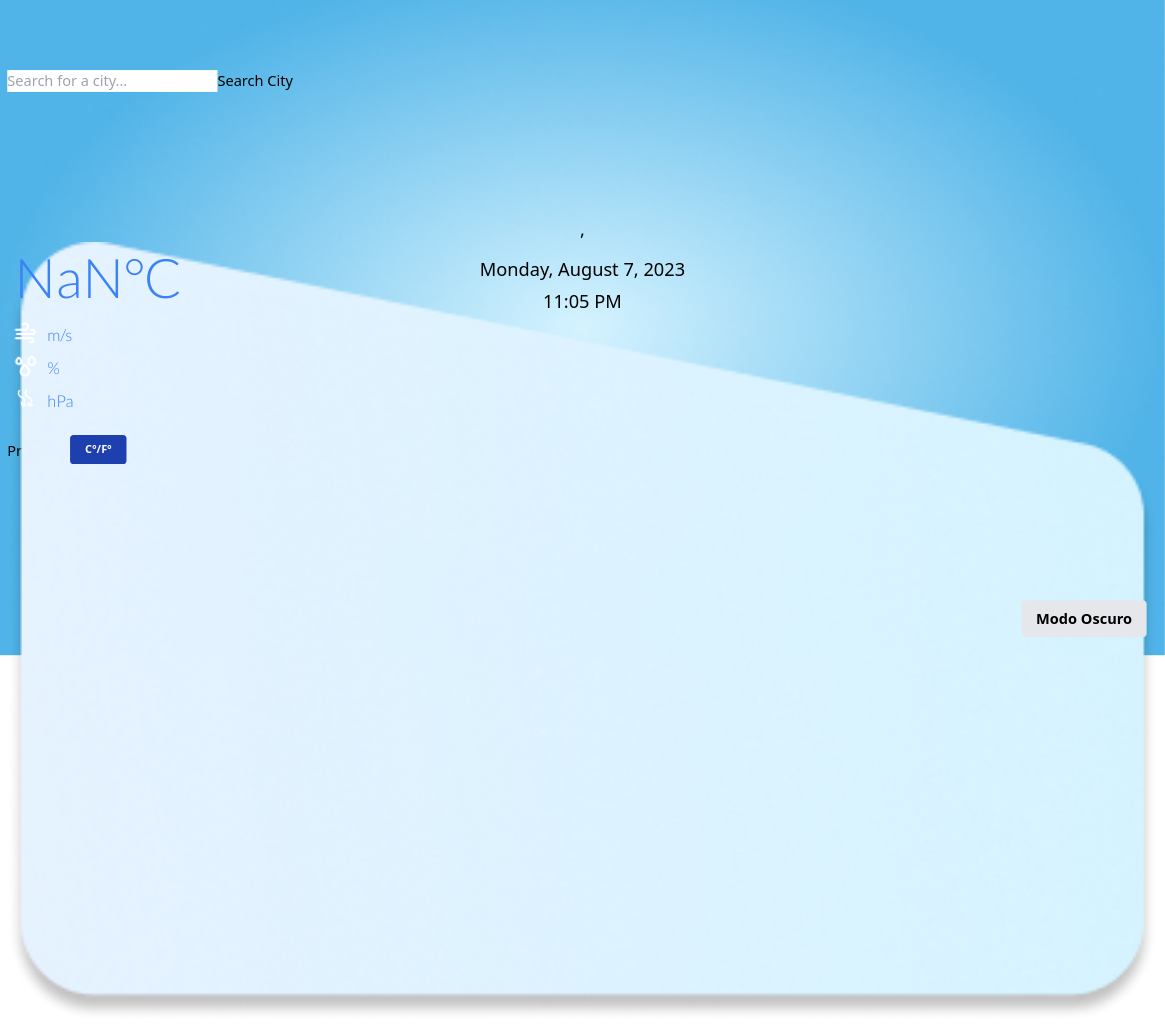
Repository: LukasMoyano/WeatherApp-_-LukasMoyano-_-V-_4.0_6.6.6
Page: /
An editor plug-in stored every save of this project. The page is shown before and after the next save, followed by the edit.
The browser window is 1280 px wide. The pictures show the whole page, at 91% of full size.
The page's requests for data from a server got no answer. The project was rebuilt for these pictures with package versions that can differ from the ones it lists, and the page was loaded fresh each time. No one was signed in, and anything a server would have sent is missing. Also part of the build but not shown: vite.config.js.

Above is the page before, as saved 2023-08-08 00:50:35.

After the next save:
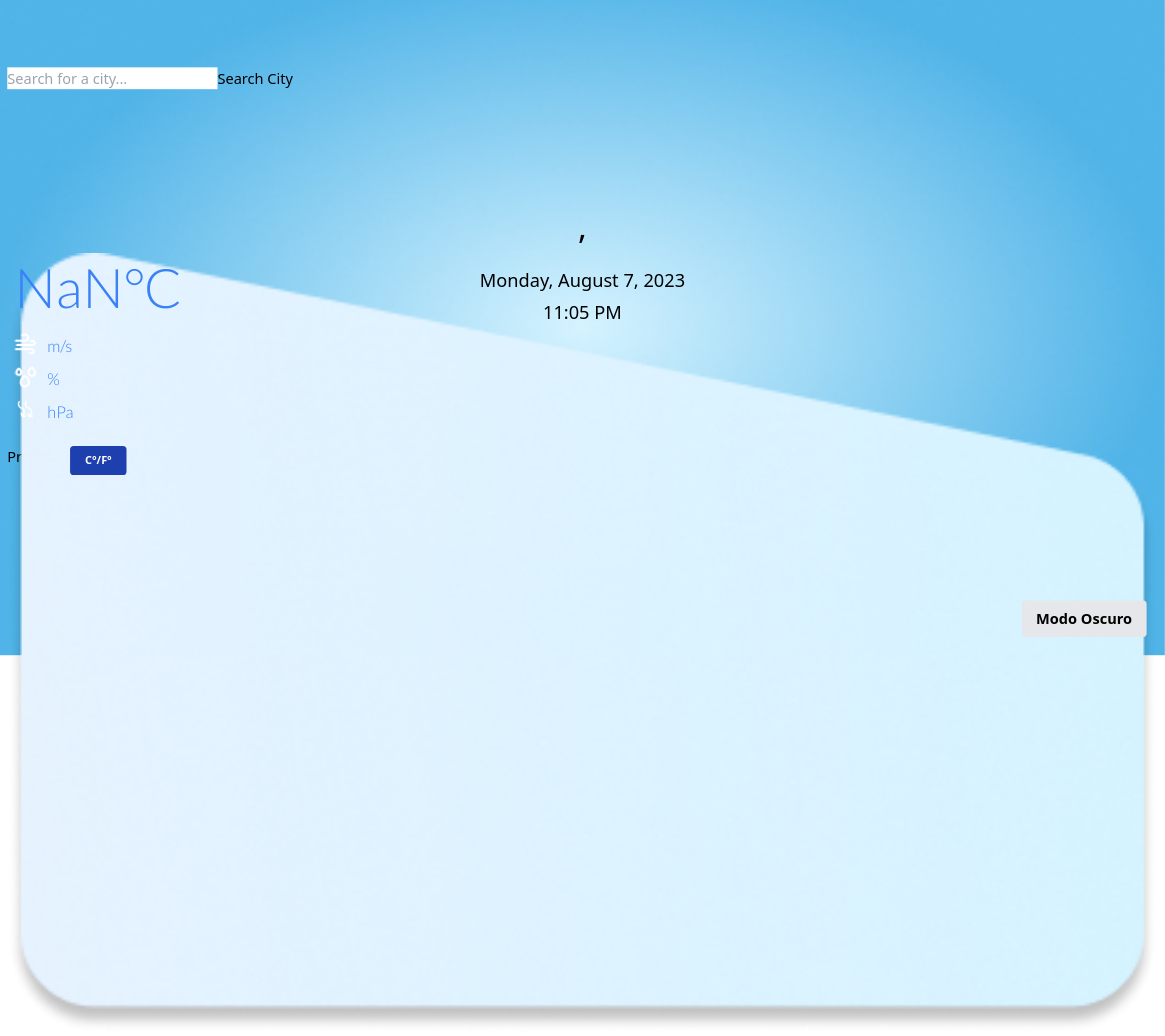
Saved 36 s later.
--- a/src/components/Weather.jsx
+++ b/src/components/Weather.jsx
@@ -64,7 +64,7 @@ const Weather = ({ weatherInfo, isDarkMode }) => {
 
             {/* Nombre de la Ciudad */}
             {/* País */}
-            <h1 className="text-center text-xl">
+            <h1 className="text-center text-4xl pb-2">
               {weatherInfo?.name}, {weatherInfo?.sys?.country}
             </h1>
 
